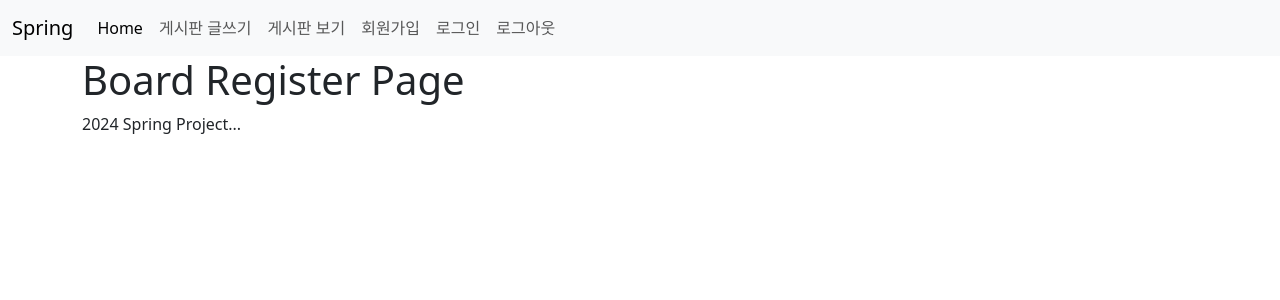
Repository: dhalfks/springTest240430
Page: http://localhost/spring_study/WEB-INF/views/member/register.jsp
An editor plug-in stored every save of this project. The page is shown before and after the next save, followed by the edit.
The browser window is 1280 px wide. The pictures show the whole page.
The page is served by Tomcat 9. Nobody is signed in. The template is opened directly, without the code that normally fills it, so the values that code supplies are empty.

Above is the page before, as saved 2024-04-25 05:48:56.

After the next save:
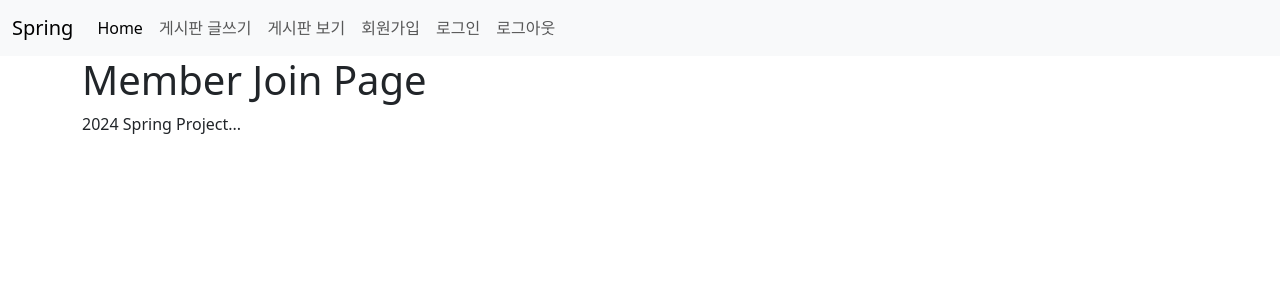
Saved 9 s later.
--- a/spring_study/src/main/webapp/WEB-INF/views/member/register.jsp
+++ b/spring_study/src/main/webapp/WEB-INF/views/member/register.jsp
@@ -3,6 +3,6 @@
 
 <jsp:include page="../layout/header.jsp" />
 <div class="container-md">
-<h1>Board Register Page</h1>
+<h1>Member Join Page</h1>
 </div>
 <jsp:include page="../layout/footer.jsp" />
